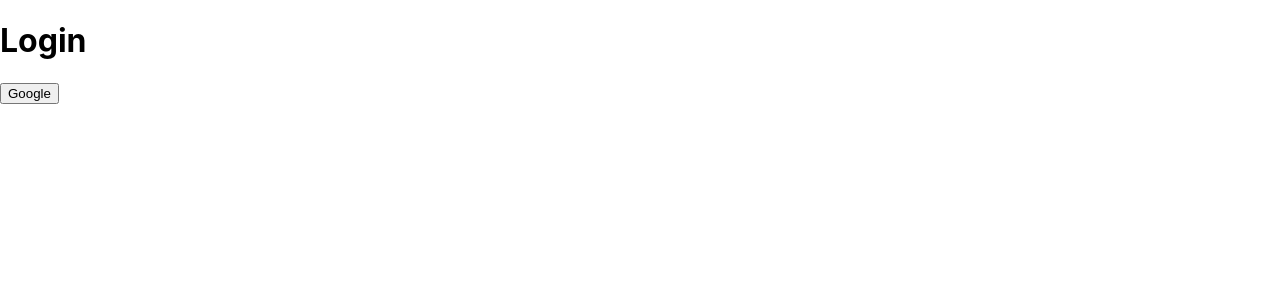
Repository: EEOOOO/GoodGeul
Page: /
An editor plug-in stored every save of this project. The page is shown before and after the next save, followed by the edit.
The browser window is 1280 px wide. The pictures show the whole page.
The project was rebuilt for these pictures with package versions that can differ from the ones it lists, and the page was loaded fresh each time. Also part of the build but not shown: src/app.module.css, src/book/book.module.css, src/book/Book.jsx, src/books/books.module.css, src/books/Books.jsx, src/mybooks/MyBooks.jsx, src/sidenavbar/sidenavbar.module.css, src/sidenavbar/SideNavBar.jsx and 4 more.

Above is the page before, as saved 2022-08-15 19:57:02.

After the next save:
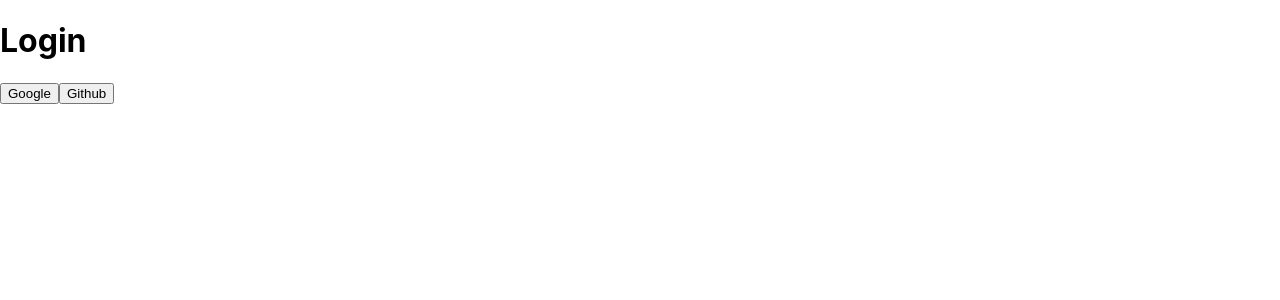
Saved 25 s later.
--- a/src/login/Login.jsx
+++ b/src/login/Login.jsx
@@ -5,6 +5,7 @@
         <div className={styles.loginBox}>
             <h1>Login</h1>
             <button className={styles.googleLoginButton}>Google</button>
+            <button className={styles.githubLoginButton}>Github</button>
         </div>
     );
 };
